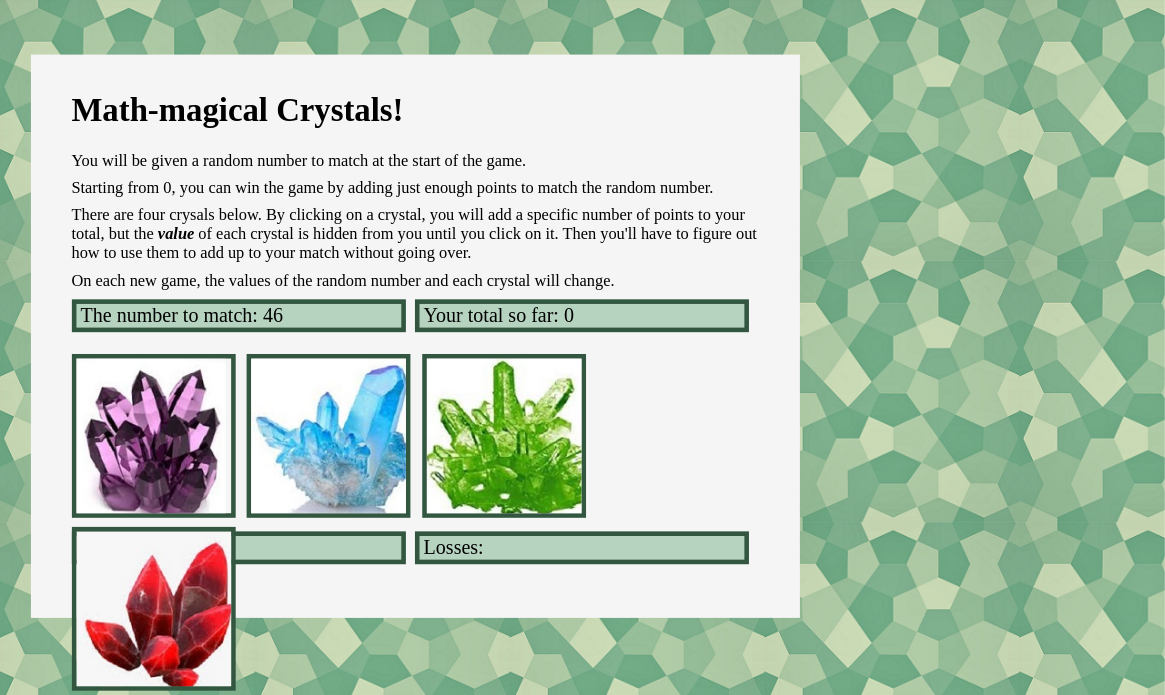
Repository: dsaftler/unit-4-game
Page: index.html
An editor plug-in stored every save of this project. The page is shown before and after the next save, followed by the edit.
The browser window is 1280 px wide. The pictures show the whole page, at 91% of full size.
Some web fonts or font styles are not loaded; a fallback is used.

Above is the page before, as saved 2019-04-02 13:21:31.

### index.html
<!DOCTYPE html>
<html lang="en">
<head>
  <meta charset="UTF-8">
  <meta name="viewport" content="width=device-width, initial-scale=1.0">
  <meta http-equiv="X-UA-Compatible" content="ie=edge">
  <link rel="stylesheet" href="assets/css/reset.css">
  <link rel="stylesheet" href="assets/css/style.css">
  <link href="https://fonts.googleapis.com/css?family=BioRhyme" rel="stylesheet">
  <title>Crystal Math Puzzle</title>
</head>
<body>
<div class="container">
  <h1>Math-magical Crystals!</h1>
  <div class="instructions">
  <p>You will be given a random number to match at the start of the game.</p>
  <p>Starting from 0, you can win the game by adding just enough points to match the random number.</p>
  <p>There are four crysals below.  By clicking on a crystal, you will add a specific number of points to your total, but the <strong><em>value</em></strong> of each crystal is hidden from you until you click on it.  Then you'll have to figure out how to use them to add up to your match without going over. </p>

  <p>On each new game, the values of the random number and each crystal will change.</p>
  </div>

  <div class="scoring-area">
    <!-- <div class="half first bordergreen" id="randomTarget">The number to match: </div> -->
    <div class="half first bordergreen">The number to match: <span id="randomTarget">0</span> </div>
    <div class="half second bordergreen" id="currentTotal">Your total so far: </div>
  </div>
  <div class="crystal-set">
    <div class="crystal bordergreen clearfix" id="crystal_0"><img src="assets/images/crystal_0.jpg"></div>
    <div class="crystal bordergreen clearfix" id="crystal_1"><img src="assets/images/crystal_1.jpg"></div>
    <div class="crystal bordergreen clearfix" id="crystal_2"><img src="assets/images/crystal_2.jpg"></div>
    <div class="crystal bordergreen clearfix" id="crystal_3"><img src="assets/images/crystal_3.jpg"></div>
  </div>
  <div class="scoring-area">
    <div class="half first bordergreen" id="wins">Wins: </div>
    <div class="half second bordergreen" id="losses">Losses: </div>
  </div>

</div>
   <!-- <embed src="assets/javascript/success.wav" autostart="false" width="0" height="0" id="sound1"  -->
    <script src="https://ajax.googleapis.com/ajax/libs/jquery/3.3.1/jquery.min.js"></script>
  <script src="assets/javascript/game.js"></script>


</body>
</html>

### assets/css/style.css
* {
  box-sizing: border-box;
}
body {
height: 100%;
background-image: url("../images/congruent_pentagon.png");
background-repeat: repeat;
width: 70%;
font-family: 'BioRhyme',serif;
font-size: 18px;
}

h1 {margin-top: 0px;}
h3 {inline-size: auto; font-weight: 400;}
p {
  margin-top: 0em;
  margin-bottom: 0.5em;
}
.container{
  background-color: whitesmoke;
  width: 845px;
  padding: 40px;
  padding-left: 45px;
  margin: auto;
  margin-top: 60px;
  align-content: center;



}
/* .instructions{
  width: 765px;
} */
.scoring-area{
  clear:both;
  /* width:760px; */
  height: 35px;
  margin-bottom: 20px;
  margin-top:10px;
}
.half{
  float: left;
  width: 367px;
  background-color: rgb(182,211,192);
  font-size: 22px;
  padding-left: 5px;

}
.bordergreen {
  border: 5px solid rgb(50, 86, 63)
}
.first {margin-right: 4px;}
.second {margin-left: 6px;}
/* #randomTarget {color: teal;}
#currentTotal {color: teal;} */
.crystal-set{
  /* background-color: #ffffff; */
  height: 190px;
  /* width: 760px; */
  /* padding: 5px; */
  /* padding-left:8px; */
}
.crystal{
  display: inline-block;
  align-content: center;
  /* float: left; */
  height: 180px;
  width: 180px;
  margin-right: 8px;
  margin-right: 8px;
  margin-top: 5px;
}
.clearfix {
  overflow: hidden;
}

### assets/javascript/game.js
 var newGame = true
 var crystalPts = [],
   randomNumber = 0, totalPts = 0
 var wins = 0, losses = 0
 var lblTotalPts ="Your total so far: ",
      lblRandomNum = "The number to match: ",lblWins="Wins: ",lblLosses="Losses: "
 var maxRndCrystal=12, maxRndRandom=120, minRndRandom=19;


$(document).ready(function() {
  initGame()
  $(".crystal").click(function(){
  var $target = $(this).attr("id")
  // console.log($target);
  // console.log(crystalPts)
  // console.log(totalPts)
  for (let i=0; i<4; i++) {
    itarget="crystal_"+i
    console.log(itarget)
    if (itarget==$target){
      var iVal=crystalPts[i]
      console.log(iVal)
      itarget="#"+itarget
      $(itarget).prop('title',crystalPts[i])
      //console.log(i + ' ' + crystalPts +' '+crystalPts[i])
      totalPts = totalPts + iVal;
      console.log(totalPts)
    }
  }

  // show total points
  $('#currentTotal').text(lblTotalPts+totalPts)
  //$('#currentTotal').append(totalPts)
  if (totalPts>=randomNumber){
    if (totalPts===randomNumber){
      // alert("you win");
        wins++;
        //target.innerHTML = target.innerHTML + "      " + thisValue
        console.log(lblWins + wins);
        $('#wins').text(lblWins+wins);
       // Playsound("sound1");
        // show wins
    }
    if (totalPts>randomNumber){
      // alert("you lose");
      losses++;
        $('#losses').text(lblLosses+losses)
      //show losses
    }
    initGame();
  }
  });
});

function initGame(){
  crystalPts = [];
  while (crystalPts.length<4) {
      //for crystals 0-3
      // assign random number 1-12
    iVar = getRandomPts(maxRndCrystal);
    if (!crystalPts.includes(iVar)){
    // if iVar isn't already in the array
    // this prevents multiple of the same numbers
      crystalPts.push(iVar);
    }
  }
  $(".crystal").prop('title', '?')
  totalPts=0;
  //  show points, show random
  $('#currentTotal').text(lblTotalPts + totalPts);
  // randomNumber = Math.floor(Math.random() * (maxRndRandom - minRndRandom + 1)) + minRndRandom;
  randomNumber = getRandomRng(maxRndRandom,minRndRandom);
  //console.log(randomNumber);
  // randomNumber assign random number 19-120
  $('#randomTarget').text(randomNumber);
}
function getRandomPts(max) {
  return Math.floor(Math.random() * Math.floor(max))+1;
}
function getRandomRng(max,min){
  return Math.floor(Math.random() * (max - min + 1)) + min;
}
function PlaySound(soundObj) {
  var sound = document.getElementById('sound1');
  sound.Play();
}

Loaded but not shown: assets/css/reset.css (no stored copy; drawn as an empty file)

After the next save:
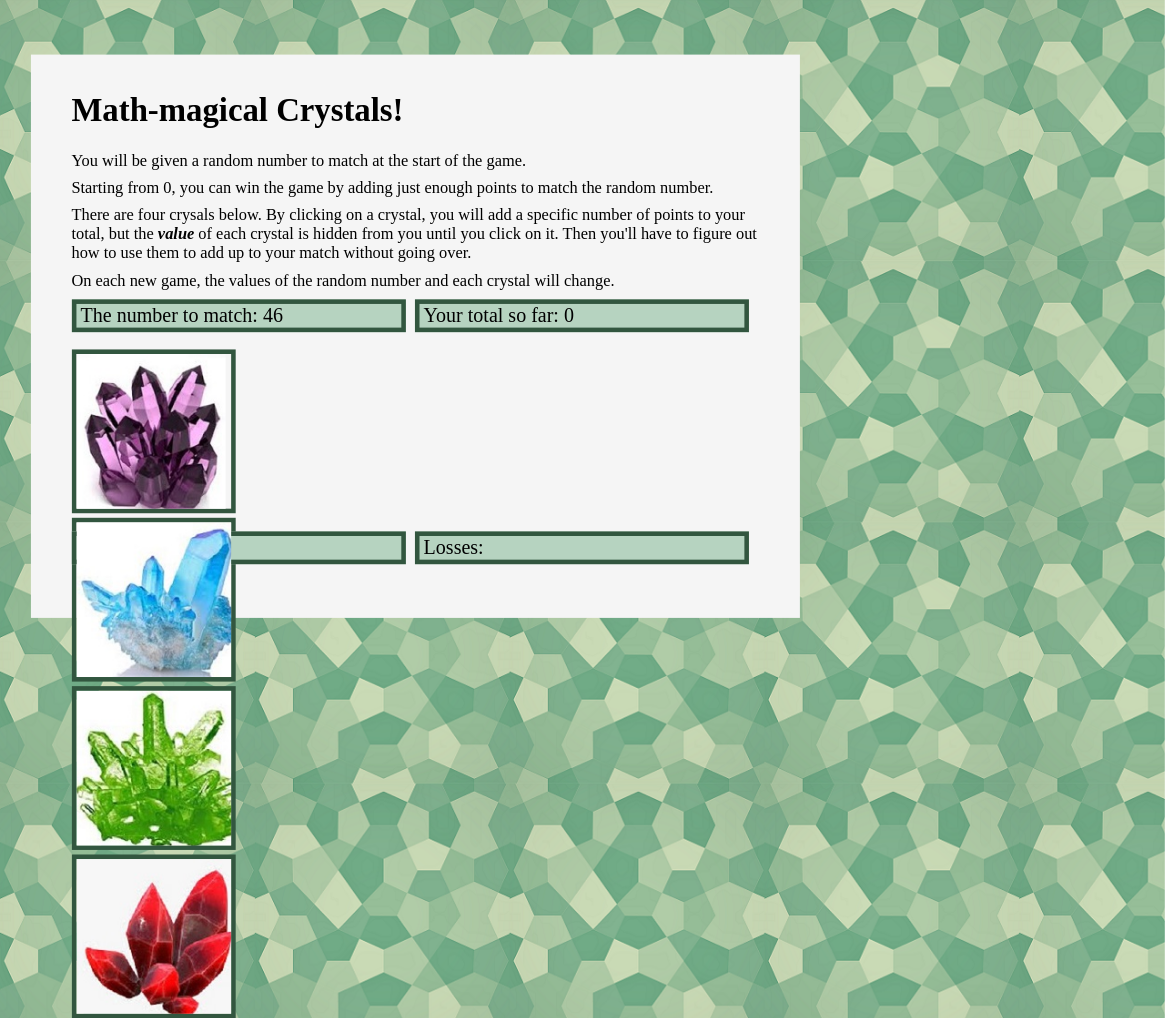
Saved 45 s later.
--- a/assets/css/style.css
+++ b/assets/css/style.css
@@ -11,7 +11,6 @@
 }
 
 h1 {margin-top: 0px;}
-h3 {inline-size: auto; font-weight: 400;}
 p {
   margin-top: 0em;
   margin-bottom: 0.5em;
@@ -61,7 +60,7 @@
   /* padding-left:8px; */
 }
 .crystal{
-  display: inline-block;
+  display: block;
   align-content: center;
   /* float: left; */
   height: 180px;

After the save that followed:
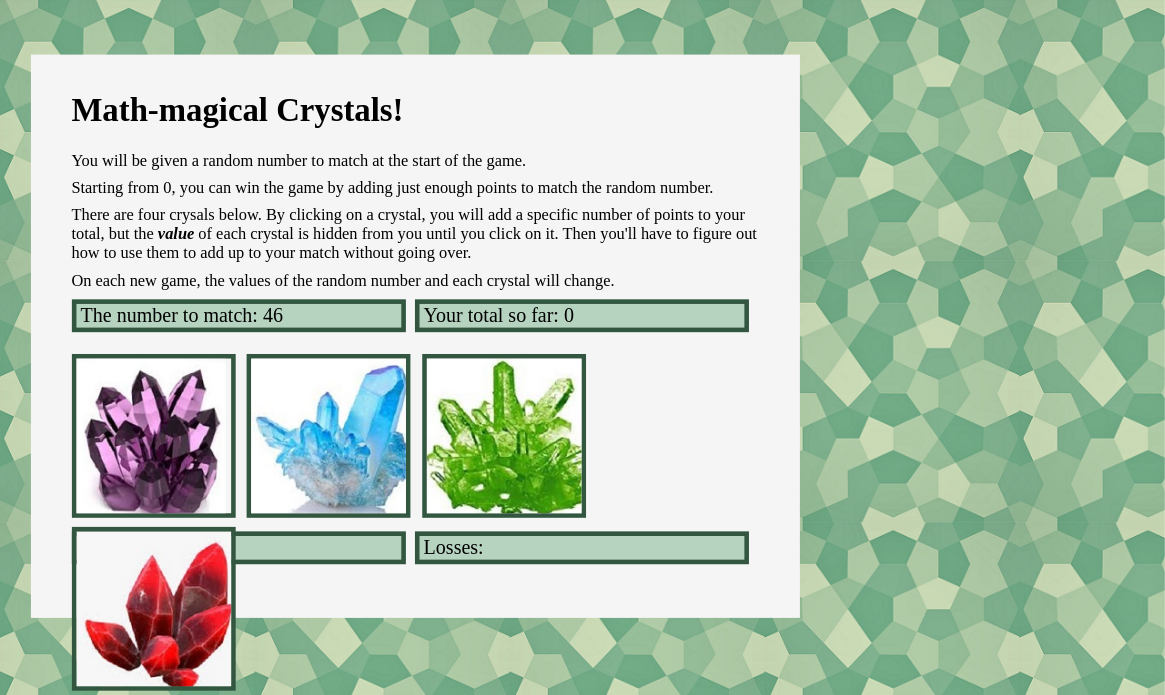
Saved 16 s later.
--- a/assets/css/style.css
+++ b/assets/css/style.css
@@ -60,7 +60,7 @@
   /* padding-left:8px; */
 }
 .crystal{
-  display: block;
+  display: inline-block;
   align-content: center;
   /* float: left; */
   height: 180px;
